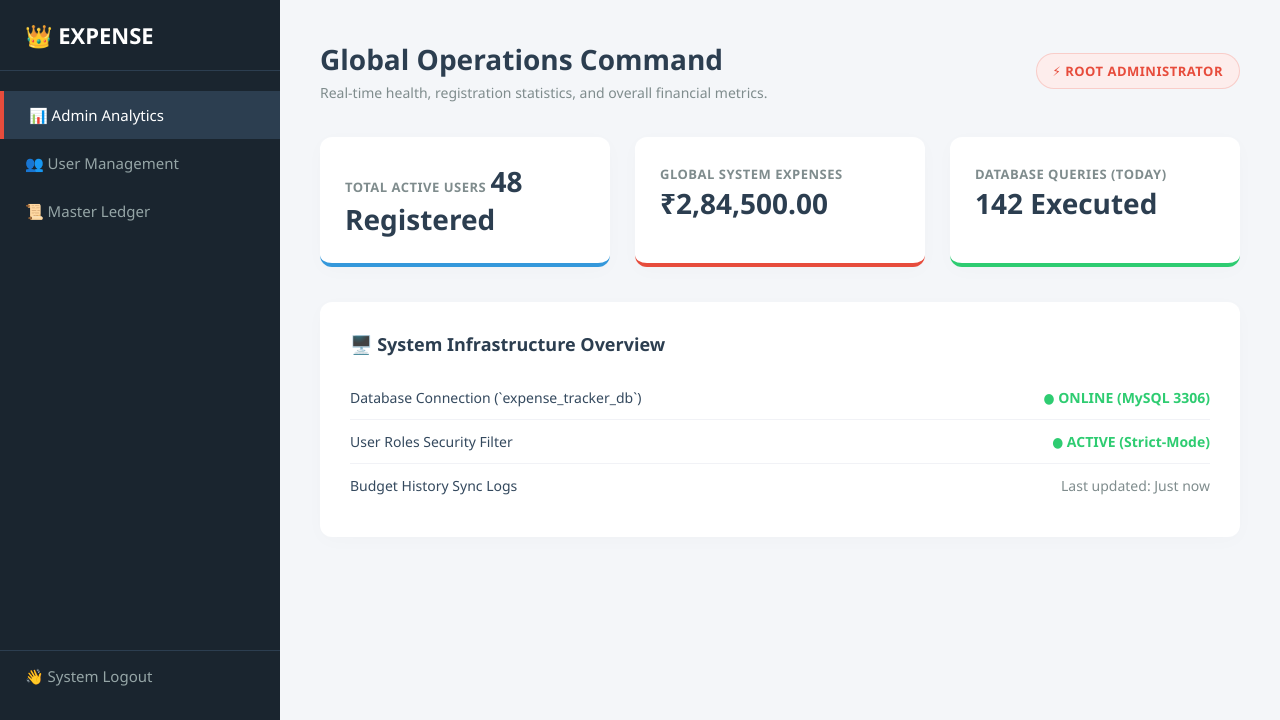
Repository: shambhavi4823/EXPENSE_TRACKER
Page: expense_frontend/admin_dashboard.html
An editor plug-in stored every save of this project. The page is shown before and after the next save, followed by the edit.
The browser window is 1280 px wide. The pictures show the whole page.

Above is the page before, as saved 2026-07-12 10:27:29.

### expense_frontend/admin_dashboard.html
<!DOCTYPE html>
<html lang="en">

<head>
    <meta charset="UTF-8">
    <meta name="viewport" content="width=device-width, initial-scale=1.0">
    <title>WalletWise - Admin Dashboard</title>
    <style>
        /* --- Reset & Base Styles --- */

        * {
            margin: 0;
            padding: 0;
            box-sizing: border-box;
            font-family: 'Segoe UI', Tahoma, Geneva, Verdana, sans-serif;
        }

        body {
            background-color: #f4f6f9;
            display: flex;
            min-height: 100vh;
        }
        /* --- Admin Sidebar Navigation (Dark Theme) --- */

        .sidebar {
            width: 280px;
            background-color: #1a252f;
            /* Darker than user sidebar */
            color: white;
            display: flex;
            flex-direction: column;
            padding: 20px 0;
            position: fixed;
            height: 100vh;
        }

        .sidebar .logo {
            font-size: 22px;
            font-weight: bold;
            padding: 0 25px 20px 25px;
            border-bottom: 1px solid #2c3e50;
            margin-bottom: 20px;
        }

        .sidebar .logo span {
            color: #e74c3c;
            /* Red highlight for Admin panel */
        }

        .sidebar a {
            color: #95a5a6;
            text-decoration: none;
            padding: 14px 25px;
            display: block;
            font-size: 15px;
            font-weight: 500;
            transition: all 0.3s ease;
        }

        .sidebar a:hover,
        .sidebar a.active {
            color: white;
            background-color: #2c3e50;
            border-left: 4px solid #e74c3c;
        }

        .sidebar .logout {
            margin-top: auto;
            border-top: 1px solid #2c3e50;
            padding-top: 15px;
        }
        /* --- Main Content Area --- */

        .main-content {
            margin-left: 280px;
            flex: 1;
            padding: 40px;
        }

        .header {
            display: flex;
            justify-content: space-between;
            align-items: center;
            margin-bottom: 35px;
        }

        .header h1 {
            color: #2c3e50;
            font-size: 28px;
        }

        .header .admin-badge {
            background-color: #fdedec;
            color: #e74c3c;
            padding: 8px 16px;
            border-radius: 20px;
            font-weight: 700;
            font-size: 13px;
            text-transform: uppercase;
            letter-spacing: 0.5px;
            border: 1px solid rgba(231, 76, 60, 0.2);
        }
        /* --- Admin KPI Cards Grid --- */

        .admin-cards {
            display: grid;
            grid-template-columns: repeat(auto-fit, minmax(240px, 1fr));
            gap: 25px;
            margin-bottom: 35px;
        }

        .card {
            background-color: white;
            padding: 25px;
            border-radius: 12px;
            box-shadow: 0 4px 20px rgba(0, 0, 0, 0.02);
            border-bottom: 4px solid #bdc3c7;
        }

        .card.users-card {
            border-bottom-color: #3498db;
        }

        .card.expense-card {
            border-bottom-color: #e74c3c;
        }

        .card.system-card {
            border-bottom-color: #2ecc71;
        }

        .card .card-title {
            color: #7f8c8d;
            font-size: 13px;
            font-weight: 600;
            text-transform: uppercase;
            letter-spacing: 0.5px;
            margin-bottom: 12px;
        }

        .card .card-value {
            font-size: 28px;
            font-weight: 700;
            color: #2c3e50;
        }
        /* --- System Info Section --- */

        .system-status-box {
            background-color: white;
            padding: 30px;
            border-radius: 12px;
            box-shadow: 0 4px 20px rgba(0, 0, 0, 0.02);
        }

        .system-status-box h3 {
            color: #2c3e50;
            font-size: 18px;
            margin-bottom: 20px;
        }

        .log-item {
            display: flex;
            justify-content: space-between;
            padding: 12px 0;
            border-bottom: 1px solid #f1f2f6;
            font-size: 14px;
            color: #34495e;
        }

        .log-item:last-child {
            border-bottom: none;
        }

        .status-ok {
            color: #2ecc71;
            font-weight: 600;
        }
    </style>
</head>

<body>

    <div class="sidebar">
        <div class="logo">👑 EXPENSE
            <span</span></div>
        <a href="admin_dashboard.html" class="active">📊 Admin Analytics</a>
        <a href="user_management.html">👥 User Management</a>
        <a href="master_ledger.html">📜 Master Ledger</a>
        <a href="index.html" class="logout">👋 System Logout</a>
    </div>

    <div class="main-content">

        <div class="header">
            <div>
                <h1>Global Operations Command</h1>
                <p style="color: #7f8c8d; font-size: 14px; margin-top: 5px;">Real-time health, registration statistics, and overall financial metrics.</p>
            </div>
            <div class="admin-badge">⚡ Root Administrator</div>
        </div>

        <div class="admin-cards">
            <div class="card users-card">
                <span class="card-title">Total Active Users</span>
                <span class="card-value">48 Registered</span>
            </div>
            <div class="card expense-card">
                <span class="card-title">Global System Expenses</span>
                <span class="card-value">₹2,84,500.00</span>
            </div>
            <div class="card system-card">
                <span class="card-title">Database Queries (Today)</span>
                <span class="card-value">142 Executed</span>
            </div>
        </div>

        <div class="system-status-box">
            <h3>🖥️ System Infrastructure Overview</h3>
            <div class="log-item">
                <span>Database Connection (`expense_tracker_db`)</span>
                <span class="status-ok">● ONLINE (MySQL 3306)</span>
            </div>
            <div class="log-item">
                <span>User Roles Security Filter</span>
                <span class="status-ok">● ACTIVE (Strict-Mode)</span>
            </div>
            <div class="log-item">
                <span>Budget History Sync Logs</span>
                <span style="color: #7f8c8d;">Last updated: Just now</span>
            </div>
        </div>

    </div>

</body>

</html>

After the next save:
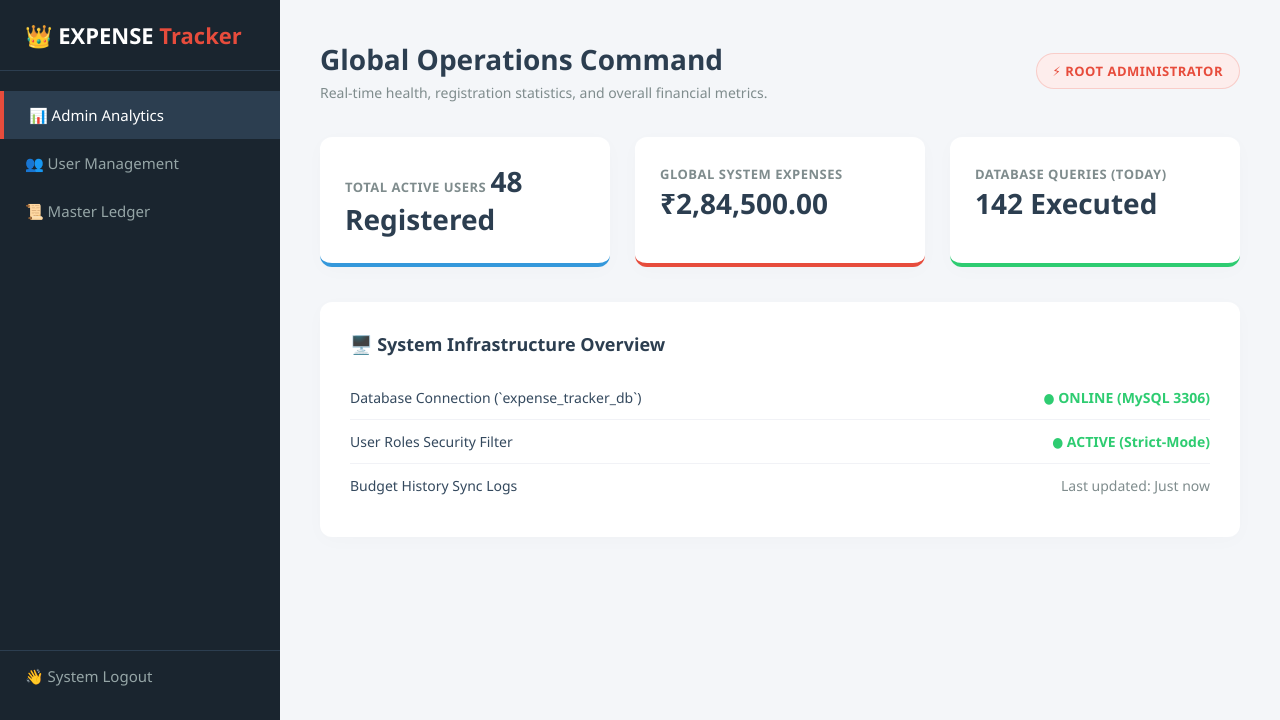
Saved 5 s later.
--- a/expense_frontend/admin_dashboard.html
+++ b/expense_frontend/admin_dashboard.html
@@ -182,7 +182,7 @@
 
     <div class="sidebar">
         <div class="logo">👑 EXPENSE
-            <span</span></div>
+            <span>Tracker</span></div>
         <a href="admin_dashboard.html" class="active">📊 Admin Analytics</a>
         <a href="user_management.html">👥 User Management</a>
         <a href="master_ledger.html">📜 Master Ledger</a>
